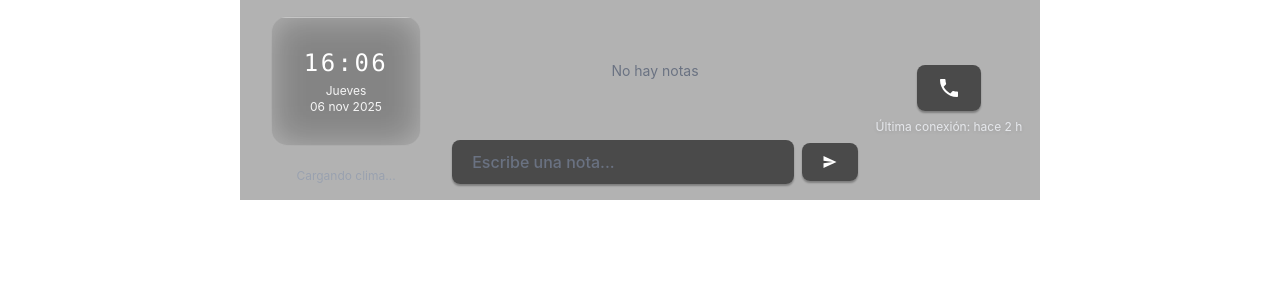
Repository: CodeByEvans/my-romantic-widget
Page: /
These files come from the project's save history. The page is drawn as it stood at one moment and after the next save; the edit follows.
The browser window is 1280 px wide. The pictures show the whole page.
The page's requests for data from a server got no answer. The project was rebuilt for these pictures with package versions that can differ from the ones it lists, and the page was loaded fresh each time. No one was signed in, and anything a server would have sent is missing. Also part of the build but not shown: vite.config.ts.

Above is the page before, as saved 2025-11-07 12:35:21.

### src/App.tsx
import "./App.css";
import { Clock } from "./components/Clock";
import { WeatherWidget } from "./components/WeatherWidget";
import { NotesList } from "./components/NotesList";
import { NoteInput } from "./components/NoteInput";
import { CallButton } from "./components/CallButton";

function App() {
  return (
    <main data-tauri-drag-region>
      {/* Clima + Reloj */}
      <section className="flex flex-col justify-between items-center h-full w-[180px] gap-2">
        <Clock />
        <WeatherWidget />
      </section>

      {/* Notas + input */}
      <section className="flex flex-col justify-between h-full flex-1">
        <NotesList />
        <NoteInput />
      </section>

      {/* Llamada */}
      <section className="flex flex-col justify-center items-center h-full w-[150px]">
        <CallButton />
        <p className="text-xs text-gray-200 mt-2 drop-shadow-sm">
          Última conexión: hace 2 h
        </p>
      </section>
    </main>
  );
}

export default App;

### src/App.css
@import "tailwindcss";

/* ======== CONFIGURACIÓN BASE ======== */
:root {
  font-family: Inter, Avenir, Helvetica, Arial, sans-serif;
  font-size: 16px;
  line-height: 24px;
  font-weight: 400;
  color: #f6f6f6;
  font-synthesis: none;
  text-rendering: optimizeLegibility;
  -webkit-font-smoothing: antialiased;
  -moz-osx-font-smoothing: grayscale;
  -webkit-text-size-adjust: 100%;
}

/* ======== ESTILO GLOBAL DE LA APP ======== */
main {
  position: relative;
  width: 800px;
  height: 200px;
  margin: 0 auto;
  display: flex;
  align-items: center;
  justify-content: space-between;
  gap: 1rem;
  padding: 1rem;

  /* Fondo cristal oscuro */
  background: rgba(0, 0, 0, 0.3);
  backdrop-filter: blur(18px) saturate(160%);
  -webkit-app-region: drag; /* Permitir mover la ventana */
}

/* ======== ELEMENTOS ======== */
input,
button {
  border-radius: 8px;
  border: 1px solid transparent;
  padding: 0.6em 1.2em;
  font-size: 1em;
  font-weight: 500;
  font-family: inherit;
  color: #fff;
  background-color: rgba(30, 30, 30, 0.7);
  transition: border-color 0.25s, background-color 0.25s;
  box-shadow: 0 2px 2px rgba(0, 0, 0, 0.3);
  -webkit-app-region: no-drag;
}

button:hover {
  border-color: #396cd8;
}

button:active {
  background-color: rgba(40, 40, 40, 0.7);
}

/* Enlaces */
a {
  font-weight: 500;
  color: #61dafb;
  text-decoration: inherit;
}

a:hover {
  color: #24c8db;
}

/* Otros elementos */
h1 {
  text-align: center;
}

.theme-glass {
  border-radius: 16px;
  border: 1px solid rgba(255, 255, 255, 0.15);
  background: rgba(255, 255, 255, 0.05);
  backdrop-filter: blur(18px) saturate(160%);
  position: relative;
  overflow: hidden;
}

/* Capa de brillo sutil */
.theme-glass::before {
  content: "";
  position: absolute;
  inset: 0;
  background: rgba(255, 255, 255, 0.1);
  opacity: 0;
  transition: opacity 0.5s;
}

.theme-glass:hover::before {
  opacity: 0.2;
}

/* Reflejo superior */
.theme-glass::after {
  content: "";
  position: absolute;
  top: 0;
  left: 0;
  right: 0;
  height: 1px;
  background: rgba(255, 255, 255, 0.4);
}

### src/components/Clock.tsx
import { useEffect, useState } from "react";

export const Clock = () => {
  const [time, setTime] = useState(new Date());

  useEffect(() => {
    const interval = setInterval(() => {
      setTime(new Date());
    }, 1000);
    return () => clearInterval(interval);
  }, []);

  const hours = time.getHours().toString().padStart(2, "0");
  const minutes = time.getMinutes().toString().padStart(2, "0");

  const day = time.toLocaleDateString("es-ES", { weekday: "long" });
  const date = time.toLocaleDateString("es-ES", {
    day: "2-digit",
    month: "short",
    year: "numeric",
  });

  return (
    <div className=" rounded-xl  px-3 py-2 flex flex-col items-center justify-center w-[150px] h-[130px] theme-glass ">
      <p className="text-2xl font-mono tracking-widest text-white">
        {hours}:{minutes}
      </p>
      <p className="text-xs text-white-600 mt-1 capitalize">{day}</p>
      <p className="text-xs text-white-500">{date}</p>
    </div>
  );
};

### src/components/WeatherWidget.tsx
import { JSX } from "react";
import { useWeather } from "../hooks/useWeather";
import {
  WiDaySunny,
  WiCloud,
  WiRain,
  WiSnow,
  WiThunderstorm,
  WiFog,
  WiDayHaze,
} from "react-icons/wi";

const weatherStyles: Record<string, { icon: JSX.Element }> = {
  Thunderstorm: {
    icon: <WiThunderstorm size={32} />,
  },
  Drizzle: {
    icon: <WiRain size={32} />,
  },
  Rain: {
    icon: <WiRain size={32} />,
  },
  Snow: {
    icon: <WiSnow size={32} />,
  },
  Mist: {
    icon: <WiFog size={32} />,
  },
  Haze: {
    icon: <WiDayHaze size={32} />,
  },
  Clear: {
    icon: <WiDaySunny size={32} />,
  },
  Clouds: {
    icon: <WiCloud size={32} />,
  },
  Fog: {
    icon: <WiFog size={32} />,
  },
};

export const WeatherWidget = () => {
  const { data, loading, errorWeather } = useWeather();

  if (errorWeather)
    return <div className="text-xs text-red-400">{errorWeather}</div>;
  if (loading || !data)
    return <div className="text-xs text-gray-400">Cargando clima...</div>;

  const [city, info] = Object.entries(data)[0] || [];
  const temp = Math.round(info.main.temp);
  const condition = info.weather[0].main;

  const style = weatherStyles[condition] || weatherStyles["Clouds"];

  return (
    <div
      className={`theme-glass flex flex-col items-center justify-center
                  w-[150px] h-[100px] transition-all duration-500`}
    >
      <div className="flex items-center gap-4">
        <div className="animate-pulse-slow">{style.icon}</div>
        <div className="flex flex-col items-start leading-tight">
          <h2 className="text-xs font-semibold tracking-wide drop-shadow-sm">
            {city}
          </h2>
          <p className="text-lg font-bold drop-shadow-sm">{temp}°C</p>
        </div>
      </div>
    </div>
  );
};

### src/components/NotesList.tsx
import { useRealTimeNotes } from "../hooks/useRealTimeNotes";

export const NotesList = () => {
  const notes = useRealTimeNotes();

  const sortedNotes = [...notes].sort(
    (a, b) =>
      new Date(b.created_at).getTime() - new Date(a.created_at).getTime()
  );

  const noteToShow = sortedNotes[0];
  if (!noteToShow)
    return (
      <div className="flex items-center justify-center h-[110px] text-gray-500 text-sm">
        No hay notas
      </div>
    );

  return (
    <div className="bg-white rounded-xl backdrop-blur-sm shadow-inner p-3 h-[110px] overflow-hidden">
      <div className="flex justify-between items-center mb-1">
        <h3 className="font-semibold text-sm text-gray-700">
          {noteToShow.from}
        </h3>
        <small className="text-xs text-gray-400">
          {new Date(noteToShow.created_at).toLocaleString()}
        </small>
      </div>
      <p className="text-gray-700 text-sm italic line-clamp-3">
        {noteToShow.message}
      </p>
    </div>
  );
};

### src/components/NoteInput.tsx
import { IoMdSend } from "react-icons/io";

export const NoteInput = () => {
  return (
    <form className="flex items-center gap-2 mt-2">
      <input
        type="text"
        placeholder="Escribe una nota..."
        className="flex-1 text-sm px-3 py-2 rounded-lg bg-white text-gray-800 placeholder-gray-500 focus:outline-none focus:ring-2 focus:ring-blue-300 transition-all"
      />
      <button
        type="submit"
        className="p-2 bg-blue-500 rounded-full text-white hover:bg-blue-600 transition-colors"
      >
        <IoMdSend size={16} />
      </button>
    </form>
  );
};

### src/components/CallButton.tsx
import { IoMdCall } from "react-icons/io";

export const CallButton = () => {
  return (
    <div className="flex flex-col items-center justify-center">
      <button className="p-4 bg-green-500 text-white rounded-full shadow-md hover:bg-green-600 hover:scale-105 transition-transform">
        <IoMdCall size={24} />
      </button>
    </div>
  );
};

### src/hooks/useWeather.ts
import { useEffect, useState } from "react";
import {
  getCityByCoordinates,
  getWeatherByCity,
} from "../services/weatherService";
import { WeatherData } from "../types/weather";
import { useGeolocation } from "./useGeolocation";

export const useWeather = () => {
  const { coords, error } = useGeolocation();
  const [data, setData] = useState<Record<string, WeatherData> | null>(null);
  const [loading, setLoading] = useState<boolean>(false);
  const [errorWeather, setErrorWeather] = useState<string | null>(null);

  useEffect(() => {
    if (error) setErrorWeather(error);
  }, [error]);

  useEffect(() => {
    if (!coords) return;

    const fetchWeather = async () => {
      setLoading(true);
      try {
        const city = await getCityByCoordinates(
          coords.latitude,
          coords.longitude
        );
        const weather = await getWeatherByCity(city[0].name);
        setData({ [city[0].name]: weather });
      } catch (error) {
        console.error(error);
      } finally {
        setLoading(false);
      }
    };

    fetchWeather();
  }, [coords]);

  return { data, loading, errorWeather };
};

### src/hooks/useRealTimeNotes.ts
import { useEffect, useState } from "react";
import z from "zod";
import { supabase } from "../services/supabaseClient";

const noteSchema = z.object({
  id: z.number(),
  from: z.string(),
  message: z.string(),
  created_at: z.string(),
});

type Note = z.infer<typeof noteSchema>;

export const useRealTimeNotes = () => {
  const [notes, setNotes] = useState<Note[]>([]);

  useEffect(() => {
    // Cargar notas iniciales
    supabase
      .from<"notes", Note>("notes")
      .select("*")
      .then(({ data, error }) => {
        if (data) {
          setNotes(data);
          console.log("Notas cargadas:", data);
        } else {
          console.error("Error fetching notes:", error);
        }
      });

    // Suscripción en tiempo real
    const channel = supabase
      .channel("public:notes")
      .on(
        "postgres_changes",
        { event: "*", schema: "public", table: "notes" },
        (payload) => {
          console.log("Cambio dettectado:", payload);

          if (payload.eventType === "INSERT") {
            const newNote = noteSchema.parse(payload.new);
            setNotes((prevNotes) => [...prevNotes, newNote]);
            console.log("Nota añadida:", newNote);
          } else if (payload.eventType === "UPDATE") {
            setNotes((prev) =>
              prev.map((note) =>
                note.id === payload.new.id
                  ? noteSchema.parse(payload.new)
                  : note
              )
            );
          } else if (payload.eventType === "DELETE") {
            setNotes((prev) =>
              prev.filter((note) => note.id !== payload.old.id)
            );
          }
        }
      )
      .subscribe();

    return () => {
      supabase.removeChannel(channel);
    };
  }, []);

  return notes;
};

### src/services/weatherService.ts
import { envs } from "../config/envs";

export const getWeatherByCity = async (city: string) => {
  const response = await fetch(
    `https://api.openweathermap.org/data/2.5/weather?q=${city}&appid=${envs.openWeatherApiKey}&units=metric`
  );

  if (!response.ok) {
    throw new Error("No se pudo obtener el clima");
  }
  return response.json();
};

export const getCityByCoordinates = async (lat: number, lon: number) => {
  const response = await fetch(
    `https://api.openweathermap.org/geo/1.0/reverse?lat=${lat}&lon=${lon}&limit=1&appid=${envs.openWeatherApiKey}`
  );

  if (!response.ok) {
    throw new Error("No se pudo obtener la ciudad");
  }

  return response.json();
};

### src/hooks/useGeolocation.ts
import { useEffect, useState } from "react";

export const useGeolocation = () => {
  const [coords, setCoords] = useState<{
    latitude: number;
    longitude: number;
  } | null>(null);
  const [error, setError] = useState<string | null>(null);

  useEffect(() => {
    if (!navigator.geolocation) {
      setError("Geolocalización no soportada por el navegador");
      return;
    }

    navigator.geolocation.getCurrentPosition(
      (position) => {
        setCoords({
          latitude: position.coords.latitude,
          longitude: position.coords.longitude,
        });
      },
      (err) => {
        setError(`Error obteniendo la geolocalización: ${err.message}`);
      }
    );
  }, []);

  return { coords, error };
};

### src/services/supabaseClient.ts
import { createClient } from "@supabase/supabase-js";
import { envs } from "../config/envs";

export const supabase = createClient(envs.supabaseUrl, envs.supabaseAnonKey, {
  realtime: {
    params: {
      eventsPerSecond: 10,
    },
  },
});

### src/config/envs.ts
import * as z from "zod";

const envSchema = z.object({
  VITE_SUPABASE_URL: z.string().url(),
  VITE_SUPABASE_ANON_KEY: z.string().min(1),
  VITE_OPEN_WEATHER_API_KEY: z.string().min(1),
});

const parsed = envSchema.parse(import.meta.env);

export const envs = {
  supabaseUrl: parsed.VITE_SUPABASE_URL,
  supabaseAnonKey: parsed.VITE_SUPABASE_ANON_KEY,
  openWeatherApiKey: parsed.VITE_OPEN_WEATHER_API_KEY,
};

Loaded but not shown: index.html (common file); src/main.tsx (common file)

After the next save:
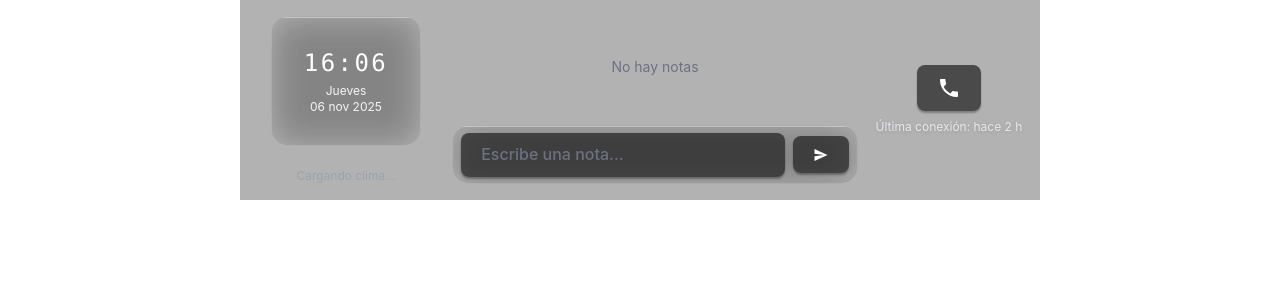
Saved 22 s later.
--- a/src/components/NoteInput.tsx
+++ b/src/components/NoteInput.tsx
@@ -2,7 +2,7 @@
 
 export const NoteInput = () => {
   return (
-    <form className="flex items-center gap-2 mt-2">
+    <form className="flex items-center gap-2 mt-2 theme-glass p-2 rounded-lg w-full">
       <input
         type="text"
         placeholder="Escribe una nota..."

After the save that followed:
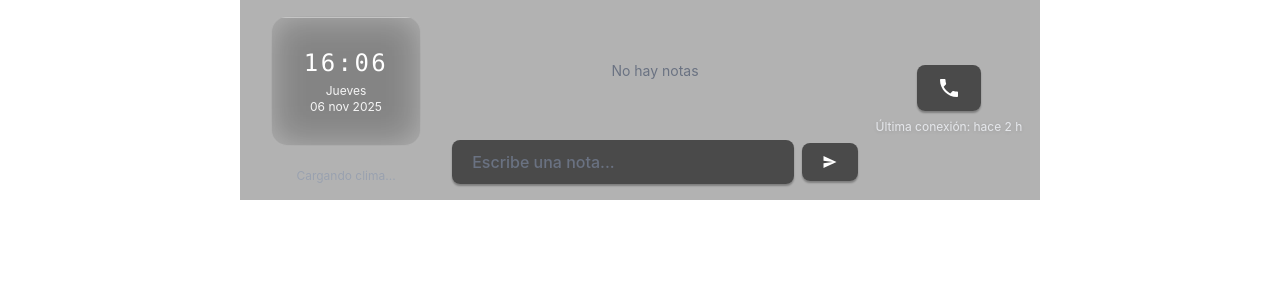
Saved 7 s later.
--- a/src/components/NoteInput.tsx
+++ b/src/components/NoteInput.tsx
@@ -2,7 +2,7 @@
 
 export const NoteInput = () => {
   return (
-    <form className="flex items-center gap-2 mt-2 theme-glass p-2 rounded-lg w-full">
+    <form className="flex items-center gap-2 mt-2">
       <input
         type="text"
         placeholder="Escribe una nota..."
